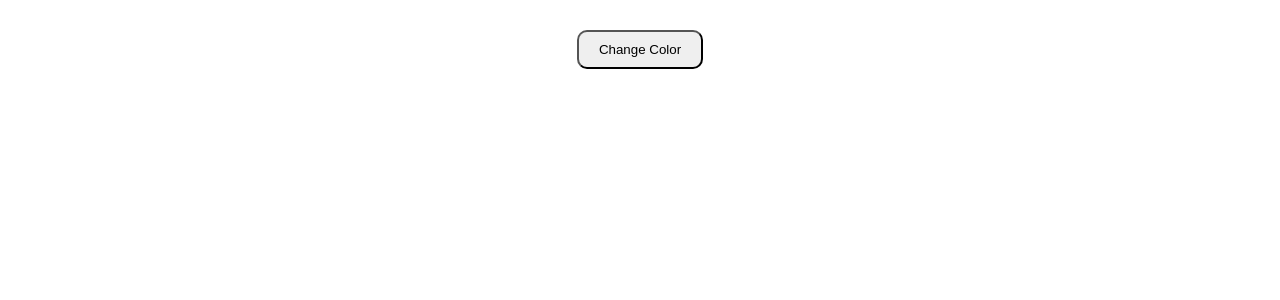
Repository: minhvtQA/randomBackgroundColor
Page: index.html
An editor plug-in stored every save of this project. The page is shown before and after the next save, followed by the edit.
The browser window is 1280 px wide. The pictures show the whole page.

Above is the page before, as saved 2021-11-07 16:54:40.

### index.html
<!DOCTYPE html>
<html lang="en">
<head>
    <meta charset="UTF-8">
    <meta http-equiv="X-UA-Compatible" content="IE=edge">
    <meta name="viewport" content="width=device-width, initial-scale=1.0">
    <title>Document</title>

    <link rel="stylesheet" href="reset.css">
    <link rel="stylesheet" href="styles.css">
    <link href="https://fonts.googleapis.com/css2?family=Poppins:wght@100;300;700&display=swap" rel="stylesheet">
    <link rel="stylesheet" href="https://cdnjs.cloudflare.com/ajax/libs/font-awesome/6.0.0-beta2/css/all.min.css" integrity="sha512-YWzhKL2whUzgiheMoBFwW8CKV4qpHQAEuvilg9FAn5VJUDwKZZxkJNuGM4XkWuk94WCrrwslk8yWNGmY1EduTA==" crossorigin="anonymous" referrerpolicy="no-referrer" />
</head>
<body>
    <div class="background">
        <button>Change Color</button>
    </div>
    <script src=""></script>
</body>
</html>

### styles.css
html {
  margin: 0;
  padding: 0;
  font-size: 62.5%;
}
.background {
  text-align: center;
  margin-top: 3rem;
}
button {
  padding: 1rem 2rem;
  border-radius: 1rem;
  text-align: center;
  background-color: #fd600;
}

Loaded but not shown: reset.css (common file)

After the next save:
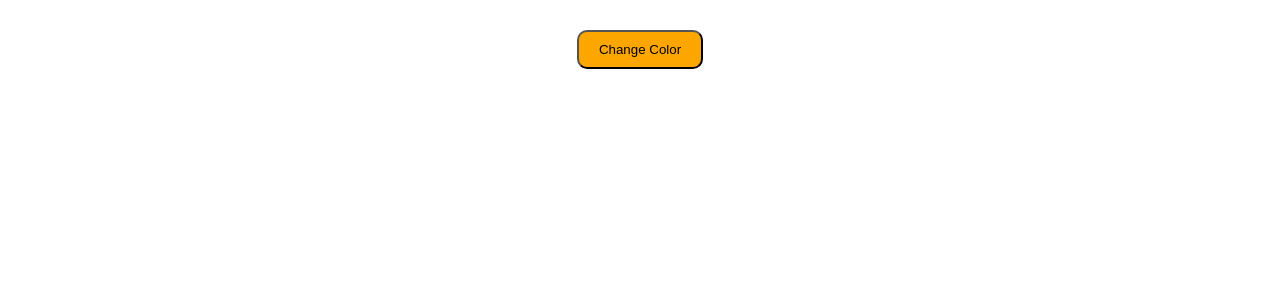
Saved 4 s later.
--- a/styles.css
+++ b/styles.css
@@ -11,5 +11,5 @@ button {
   padding: 1rem 2rem;
   border-radius: 1rem;
   text-align: center;
-  background-color: #fd600;
+  background-color: #fda600;
 }
